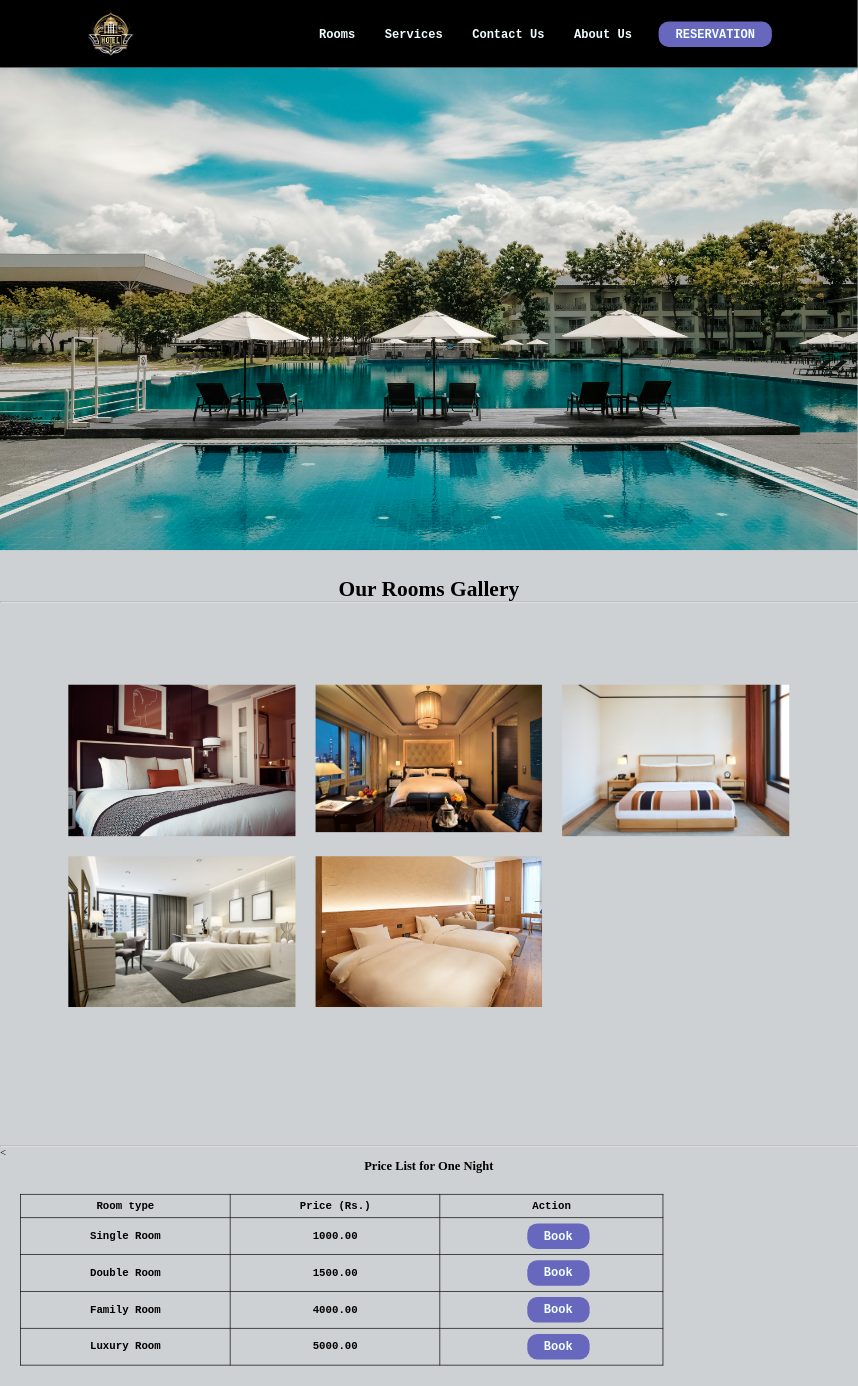
Repository: DhananjayaLakshan/Uom-Web_Design_For_Beginners
Page: Final Assignment/index.html
An editor plug-in stored every save of this project. The page is shown before and after the next save, followed by the edit.
The browser window is 1280 px wide. The pictures show the whole page, at 67% of full size.

Above is the page before, as saved 2023-11-29 16:05:21.

### Final Assignment/index.html
<!DOCTYPE html>
<html lang="en">

<head>
    <meta charset="UTF-8">
    <meta name="viewport" content="width=device-width, initial-scale=1.0">
    <title>Ceylon Hotel</title>

    <link rel="stylesheet" href="style.css">
    <script src="script.js"></script>



</head>

<body>

    <header>
        <img class="logo" src="img/logo.png" alt="logo">

        <nav>
            <ul class="navBar">
                <li>
                    <a href="#"> Rooms</a>
                </li>

                <li>
                    <a href="#"> Services</a>
                </li>

                <li>
                    <a href="#"> Contact Us</a>
                </li>

                <li>
                    <a href="#"> About Us</a>
                </li>
            </ul>
        </nav>

        <a class="button" href="#"> <button onclick="reserve()">RESERVATION</button> </a>
    </header>

    <img class="coverImg" src="img/hotel-cover.jpg" alt="cover">

    <br><br><br>

    <h1 style="text-align: center;">Our Rooms Gallery</h1>
    <hr><br><br><br><br>

    <div class="container">

        <div class="gallery">
            <img src="img/room1.jpeg" alt="room1">
            <img src="img/room2.jpg" alt="room2">
            <img src="img/room3.jpg" alt="room3">
            <img src="img/room4.jpg" alt="room4">
            <img src="img/room5.jpg" alt="room5">
        </div>

    </div>
    <br>
    <hr><

    <h3 style="text-align: center;">Price List for One Night</h3>

    <table>

        <tr>
            <th>Room type</th>
            <th>Price (Rs.)</th>
            <th>Action</th>
        </tr>

        <tr>
            <td id="singleRoom">Single Room</td>
            <td id="singlePrice">1000.00</td>
            <td> <button onclick="book()" >Book</button> </td>

        </tr>

        <tr>
            <td id="doubleRoom">Double Room</td>
            <td id="doublePrice">1500.00</td>
            <td> <button onclick="book2()">Book</button> </td>

        </tr>

        <tr>
            <td id="familyRoom">Family Room</td>
            <td id="familyPrice">4000.00</td>
            <td> <button onclick="book3()">Book</button> </td>
        </tr>


        <tr>
            <td id="luxuryRoom">Luxury Room</td>
            <td id="luxuryPrice">5000.00</td>
            <td> <button onclick="book4()">Book</button> </td>
        </tr>

    </table>



</body>

</html>

### Final Assignment/style.css
*{
    box-sizing: border-box;
    padding: 0;
    margin: 0;
    background-color: rgb(206, 209, 211);
}

li,a, button{
    font-family: 'Courier New', Courier, monospace;
    font-weight: 600;
    font-size: 18px;
    text-decoration: none;
    color: azure;
}

header{
    display: flex;
    justify-content: flex-end;
    align-items: center;
    padding: 13px 10%;
    background-color:black;

}

.logo{
    width: 75px;
    height: 75px;
    cursor: pointer;
    margin-right: auto;
    background-color: black;
}

.navBar{
    list-style: none;
    background-color: black;
}

.navBar li{
    display: inline-block;
    padding: 0px 20px;
    background-color:black;
}

.navBar li a {
    transition: all 0.3s ease 0s;
    background-color:black;
}

.navBar li a:hover{
    color: red;
}

button{
    padding: 9px 25px;
    background-color:rgb(103, 103, 189);
    border: none;
    border-radius: 15px;
    cursor:pointer;
    transition: all 0.3s ease 0s;
    margin-left: 20px;
}

button:hover{
    background-color: rgb(56, 39, 161);
}

.button{
background-color:black;
}


.cover{
    width: 100px;
    max-height: 500px;
}

.coverImg{
    width: 100%;
    height: 100vh;
}

.container{
    width: 100%;
    min-height: 100vh;
    align-items:center;
    justify-content: center;
    padding: 50px 8%;
}

.gallery{
    display: grid;
    grid-template-columns: repeat(auto-fit,minmax(250px, 1fr));
    grid-gap: 30px;
}

.gallery img{
    width: 100%;
    transition: all 0.3s ease 0s;
}

.gallery img:hover{
    border: 5px solid blue;
}

table{
    margin: 30px;
    width: 75%;
    font-family: 'Courier New', Courier, monospace;
    font-weight: 600;
    border-collapse: collapse;
}

td, th {
    border: 1px solid #000000;
    text-align: center;
    padding: 8px;
}

### Final Assignment/script.js
function book(){
    var item1 = document.getElementById("singleRoom");
    var item2 = document.getElementById("singlePrice");

    item1.style.color = 'red';
    item2.style.color = 'red';
}


function book2(){
    var item1 = document.getElementById("doubleRoom");
    var item2 = document.getElementById("doublePrice");

    item1.style.color = 'blue';
    item2.style.color = 'blue';
}

function book3(){
    var item1 = document.getElementById("familyRoom");
    var item2 = document.getElementById("familyPrice");

    item1.style.color = 'orange';
    item2.style.color = 'orange';
}

function book4(){
    var item1 = document.getElementById("luxuryRoom");
    var item2 = document.getElementById("luxuryPrice");

    item1.style.color = 'green';
    item2.style.color = 'green';
}

function reserve(){
    alert("Price List is Bellow Checkout...!!")
}

After the next save:
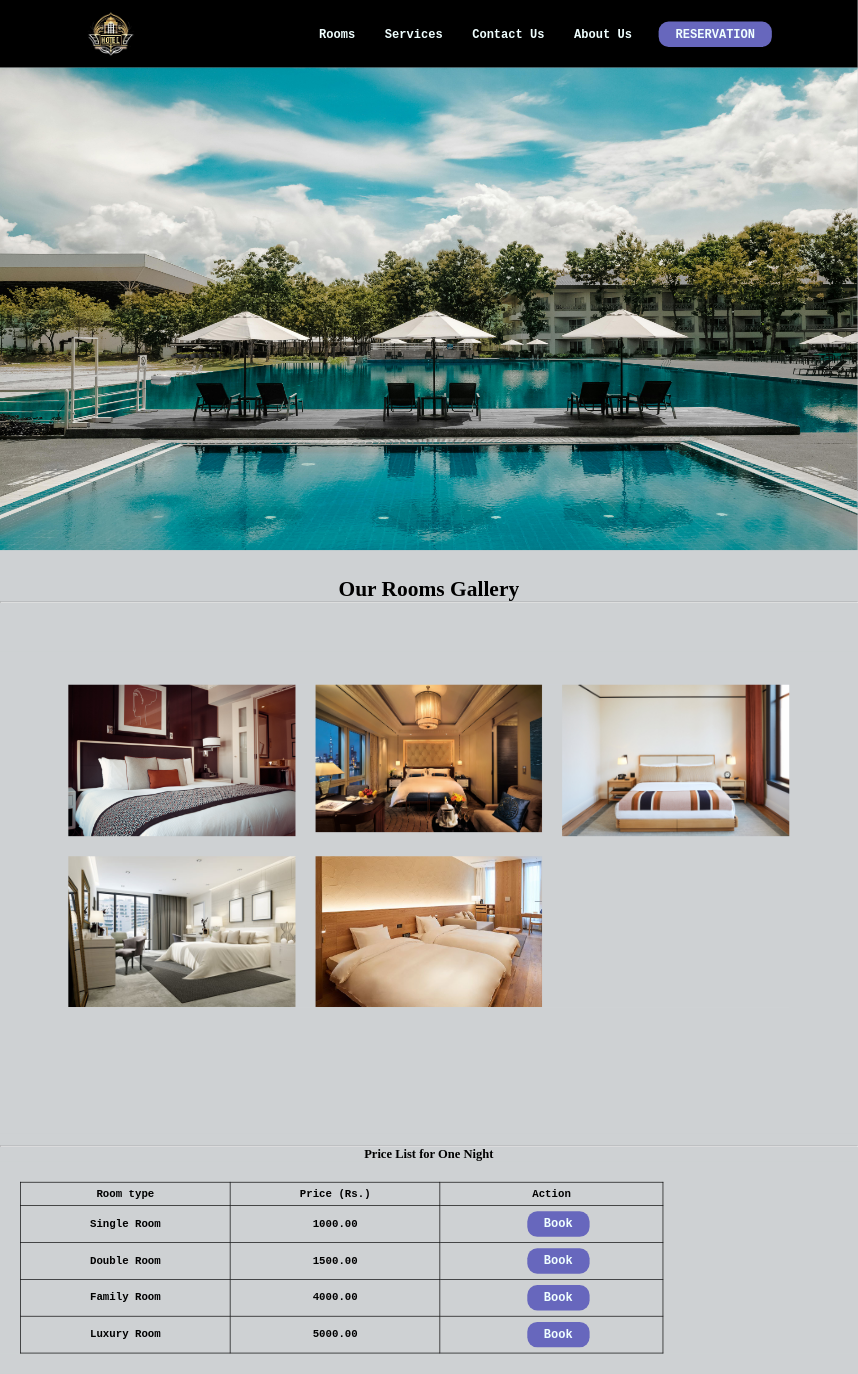
Saved 5 s later.
--- a/Final Assignment/index.html
+++ b/Final Assignment/index.html
@@ -60,7 +60,7 @@
 
     </div>
     <br>
-    <hr><
+    <hr>
 
     <h3 style="text-align: center;">Price List for One Night</h3>
 
